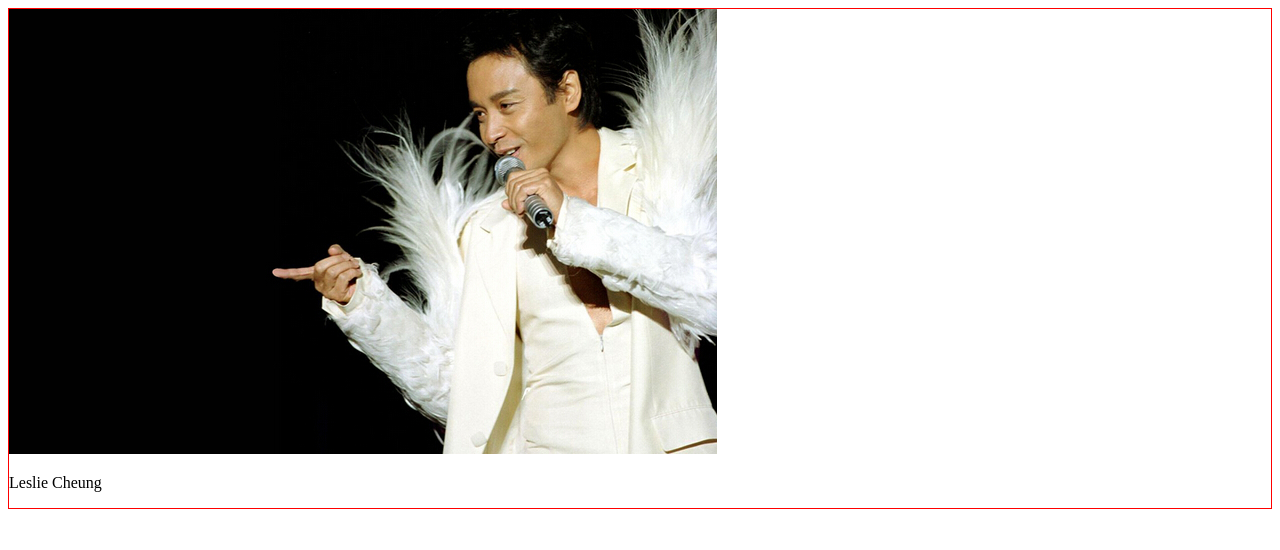
Repository: MasterKweng/workspace
Page: WebBasic/WebContent/Day02/新闻图片.html
These files come from the project's save history. The page is drawn as it stood at one moment and after the next save; the edit follows.
The browser window is 1280 px wide. The pictures show the whole page.

Above is the page before, as saved 2018-01-05 08:05:34.

After the next save:
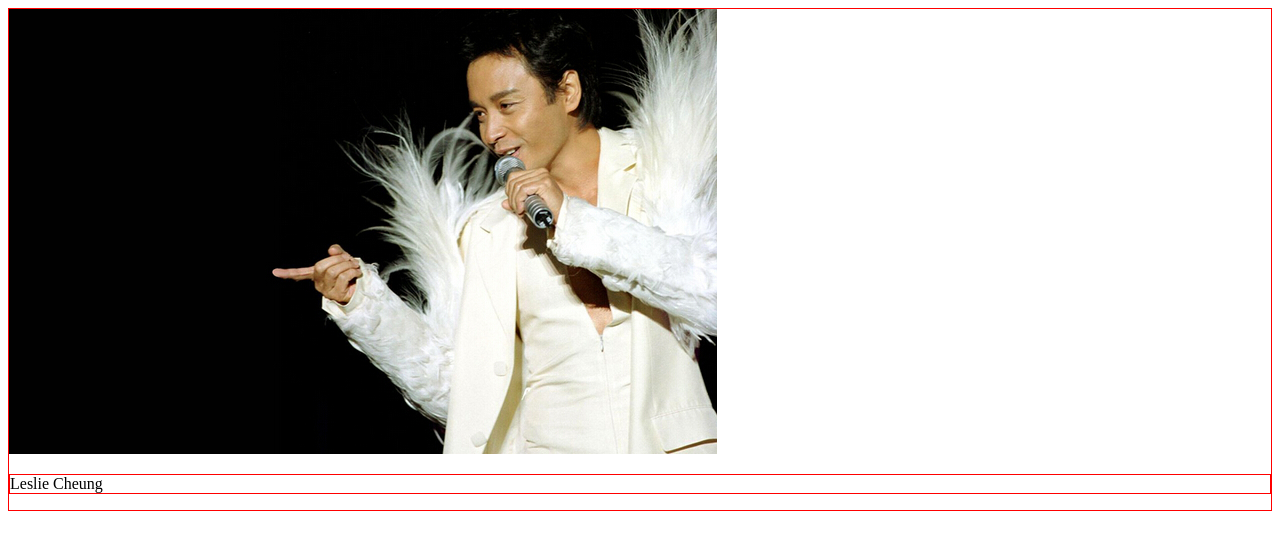
Saved 11 s later.
--- a/WebBasic/WebContent/Day02/新闻图片.html
+++ b/WebBasic/WebContent/Day02/新闻图片.html
@@ -5,6 +5,9 @@
 		<meta charset="utf-8"/>
 		<style type="text/css">
 			div{
+				border:1px solid red;
+			}
+			p{
 				border:1px solid red;
 			}
 		</style>
